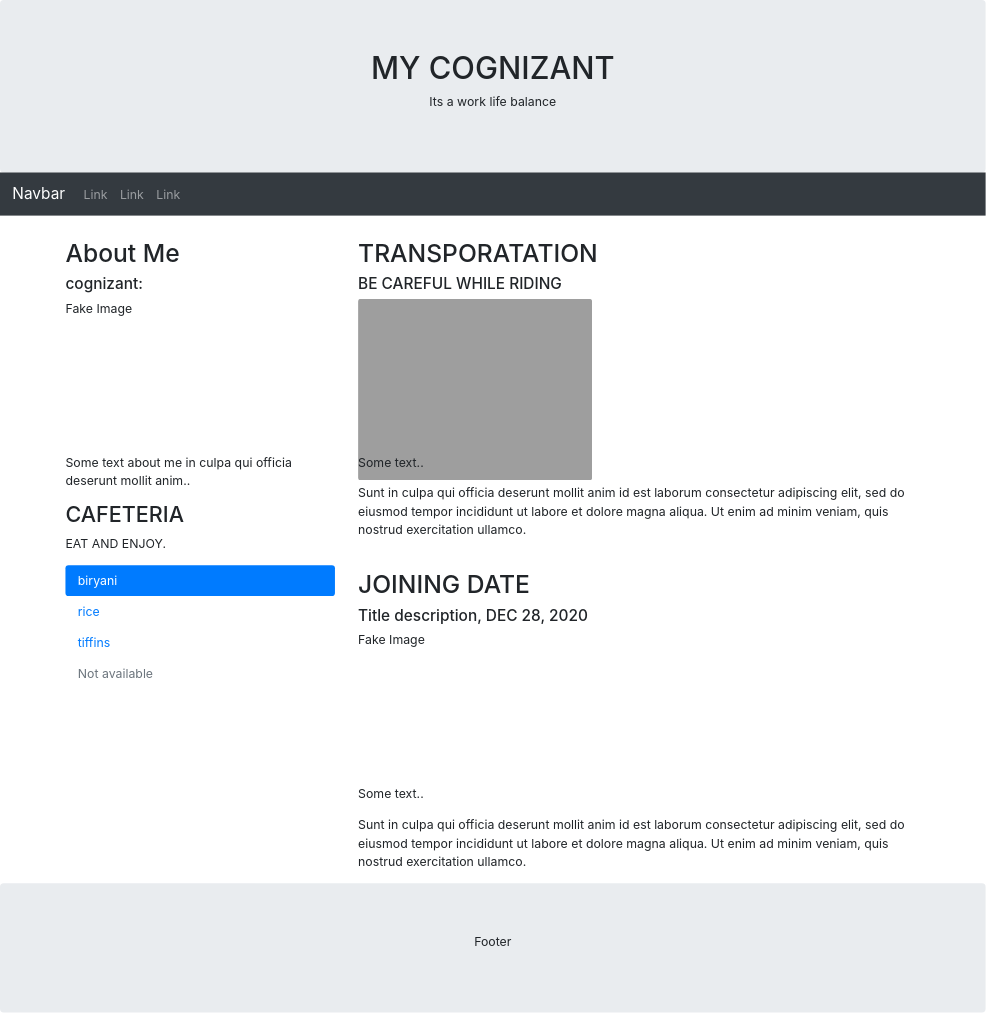
Repository: suvarsha/cognizant-projects
Page: BootStramp1/WebContent/first.html
An editor plug-in stored every save of this project. The page is shown before and after the next save, followed by the edit.
The browser window is 1280 px wide. The pictures show the whole page, at 77% of full size.
Pictures or frames that could not be fetched are drawn as grey boxes.

Above is the page before, as saved 2020-01-18 11:43:08.

### BootStramp1/WebContent/first.html
<!DOCTYPE html>
<html lang="en">
<head>
  <title>Bootstrap 4 Website Example</title>
  <meta charset="utf-8">
  <meta name="viewport" content="width=device-width, initial-scale=1">
  <link rel="stylesheet" href="https://maxcdn.bootstrapcdn.com/bootstrap/4.4.1/css/bootstrap.min.css">
  <script src="https://ajax.googleapis.com/ajax/libs/jquery/3.4.1/jquery.min.js"></script>
  <script src="https://cdnjs.cloudflare.com/ajax/libs/popper.js/1.16.0/umd/popper.min.js"></script>
  <script src="https://maxcdn.bootstrapcdn.com/bootstrap/4.4.1/js/bootstrap.min.js"></script>
  <style>
  .fakeimg {
    height: 200px;
    background:white;
  }
  </style>
</head>
<body>

<div class="jumbotron text-center" style="margin-bottom:0">
  <h1>MY COGNIZANT</h1>
  <p>Its a  work life balance</p>
</div>

<nav class="navbar navbar-expand-sm bg-dark navbar-dark">
  <a class="navbar-brand" href="#">Navbar</a>
  <button class="navbar-toggler" type="button" data-toggle="collapse" data-target="#collapsibleNavbar">
    <span class="navbar-toggler-icon"></span>
  </button>
  <div class="collapse navbar-collapse" id="collapsibleNavbar">
    <ul class="navbar-nav">
      <li class="nav-item">
        <a class="nav-link" href="#">Link</a>
      </li>
      <li class="nav-item">
        <a class="nav-link" href="#">Link</a>
      </li>
      <li class="nav-item">
        <a class="nav-link" href="#">Link</a>
      </li>
    </ul>
  </div>
</nav>

<div class="container" style="margin-top:30px">
  <div class="row">
    <div class="col-sm-4">
      <h2>About Me</h2>
      <h5>cognizant:</h5>
      <div class="fakeimg">Fake Image</div>
      <p>Some text about me in culpa qui officia deserunt mollit anim..</p>
      <h3>CAFETERIA</h3>
      <p>EAT AND ENJOY.</p>
      <ul class="nav nav-pills flex-column">
        <li class="nav-item">
          <a class="nav-link active" href="#">biryani</a>
        </li>
        <li class="nav-item">
          <a class="nav-link" href="#">rice</a>
        </li>
        <li class="nav-item">
          <a class="nav-link" href="#">tiffins</a>
        </li>
        <li class="nav-item">
          <a class="nav-link disabled" href="#">Not available</a>
        </li>
      </ul>
      <hr class="d-sm-none">
    </div>
    <div class="col-sm-8">
      <h2>TRANSPORATATION</h2>
      <h5>BE CAREFUL WHILE RIDING</h5>
      <div class="fakeimg">
      <img src="C:\cognizant\BootStramp1\WebContent\image\download.jpg" class="rounded" alt="Cinque Terre" width="304" height="236"></div>
      <p>Some text..</p>
      <p>Sunt in culpa qui officia deserunt mollit anim id est laborum consectetur adipiscing elit, sed do eiusmod tempor incididunt ut labore et dolore magna aliqua. Ut enim ad minim veniam, quis nostrud exercitation ullamco.</p>
      <br>
      <h2>JOINING DATE</h2>
      <h5>Title description, DEC 28, 2020</h5>
      <div class="fakeimg">Fake Image</div>
      <p>Some text..</p>
      <p>Sunt in culpa qui officia deserunt mollit anim id est laborum consectetur adipiscing elit, sed do eiusmod tempor incididunt ut labore et dolore magna aliqua. Ut enim ad minim veniam, quis nostrud exercitation ullamco.</p>
    </div>
  </div>
</div>

<div class="jumbotron text-center" style="margin-bottom:0">
  <p>Footer</p>
</div>

</body>
</html>

After the next save:
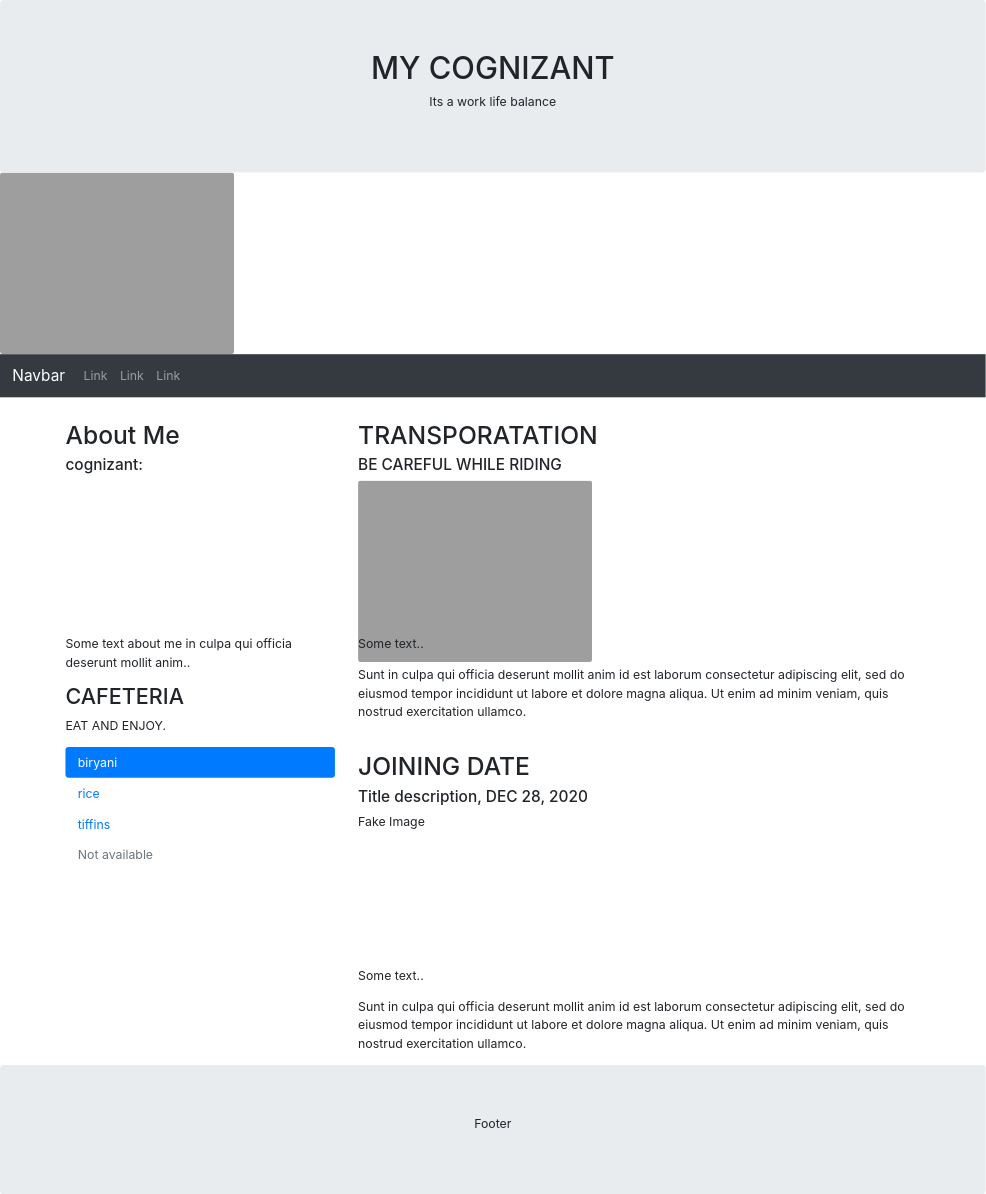
Saved 3 min 20 s later.
--- a/BootStramp1/WebContent/first.html
+++ b/BootStramp1/WebContent/first.html
@@ -21,7 +21,7 @@
   <h1>MY COGNIZANT</h1>
   <p>Its a  work life balance</p>
 </div>
-
+<img src="C:\cognizant\BootStramp1\WebContent\image\download (1).jpg" class="rounded" alt="Cinque Terre" width="304" height="236"></div>
 <nav class="navbar navbar-expand-sm bg-dark navbar-dark">
   <a class="navbar-brand" href="#">Navbar</a>
   <button class="navbar-toggler" type="button" data-toggle="collapse" data-target="#collapsibleNavbar">
@@ -47,7 +47,8 @@
     <div class="col-sm-4">
       <h2>About Me</h2>
       <h5>cognizant:</h5>
-      <div class="fakeimg">Fake Image</div>
+      <div class="fakeimg"></div>
+
       <p>Some text about me in culpa qui officia deserunt mollit anim..</p>
       <h3>CAFETERIA</h3>
       <p>EAT AND ENJOY.</p>
